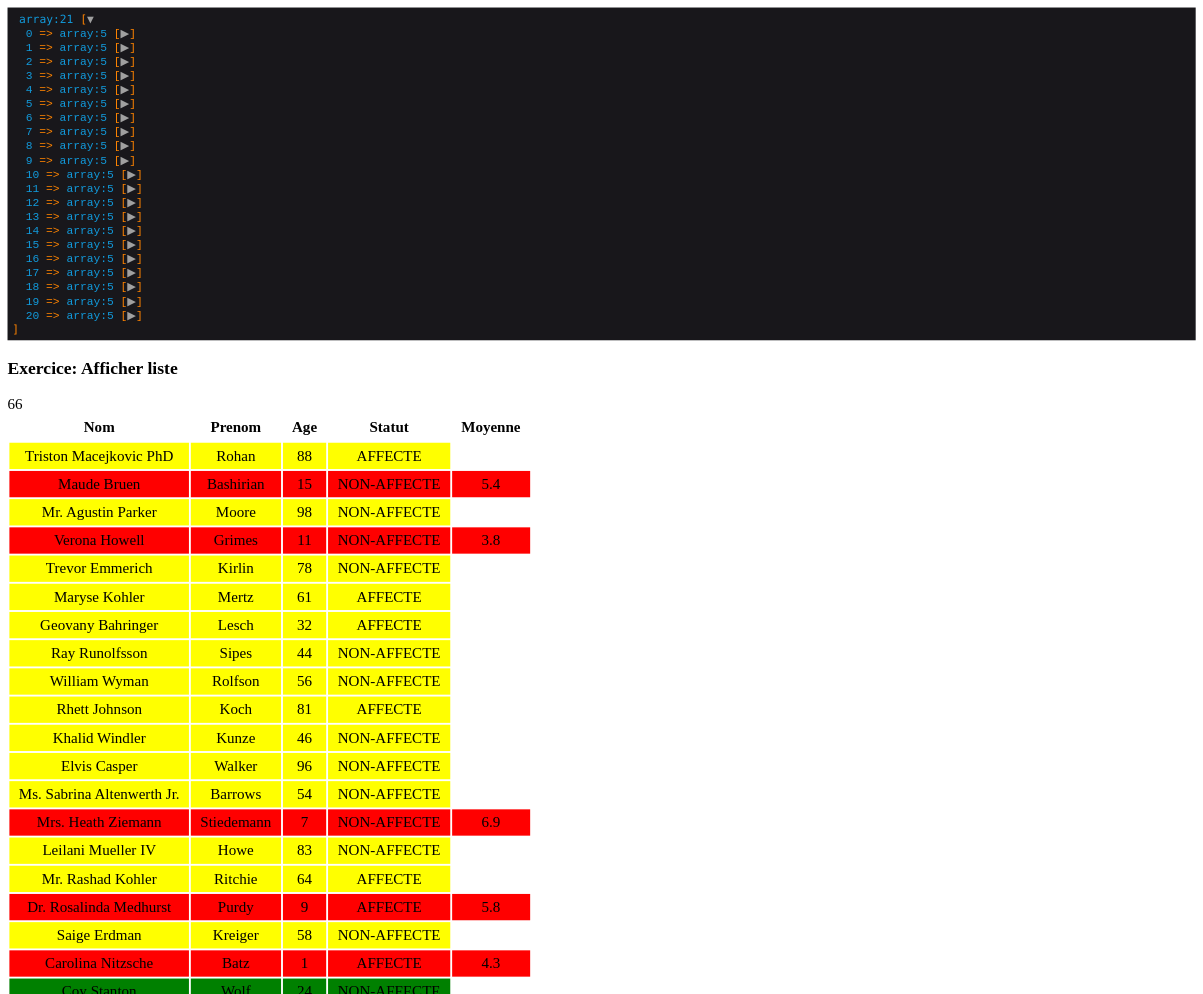
Repository: Bfabien99/PHPREPO
Page: http://localhost/
The author's editor kept a copy of each file at every save. The page is drawn from the files as they stood at one save, then again after a run of saves.
The browser window is 1280 px wide. The pictures show the whole page, at 94% of full size.
The page is run by PHP 8.4 with error messages shown; the project is at /var/www/html/.

Above is the page before, as saved 2021-12-10 11:23:40.

### MakeFakeData/src/index.php
<?php
require_once '../vendor/autoload.php';


$faker = Faker\Factory::create();
$i = 0;
$list = [];

while($i <= 20) {

	$person = [];
	$person["nom"] = $faker->name;
	$person["prenom"] = $faker->lastName;
	$person["age"] = $faker->numberBetween($min=1,$max=99);
	$notes = [];
	$index = 0;
	$max = $faker->numberBetween($min=1,$max=10);
	while($index < $max) {
		$note = $faker->numberBetween($min=1,$max=10);
		$notes[] = $note;
		$index++;
	}
	$person["notes"] = $notes;
	$person["statut"] = $faker->randomElement(["AFFECTE","NON-AFFECTE"]);
	$list[] = $person;
	$i++;
}
dump($list);
?>
<!DOCTYPE html>
<html lang="en">
<head>
    <meta charset="UTF-8">
    <meta http-equiv="X-UA-Compatible" content="IE=edge">
    <meta name="viewport" content="width=device-width, initial-scale=1.0">
    <title>Document</title>
    <style>
        thead{
            font-weight:bold;
        }

        td{
            padding:5px 10px;
            text-align:center;
        }

        tr.red{
            background-color:red;
        }
        tr.green{
            background-color: green;
        }
        tr.yellow{
            background-color:yellow;
        }
    </style>
</head>
<body>
    <?php
        echo "<h3>Exercice: Afficher liste</h3>";
        $id;
        // $i=0;
        echo"<table><thead><tr><td>Nom</td><td>Prenom</td><td>Age</td><td>Statut</td><td>Moyenne</td></tr></thead>";
        echo"<tbody>";
		define("PI",3.14);
		echo __LINE__;
        foreach ($list as $value) {
            // if($value["statut"]!="NON-AFFECTE"){
            // echo"<tr>";
            // echo "<td>".$value["nom"]."</td>";
            // echo "<td>".$value["prenom"]."</td>";
            // echo "<td>".$value["age"]."</td>";
            // echo "<td>".$value["statut"]."</td>";
            // echo"</tr>";
            // }
			$nbnote = count($value["notes"]);
			$totalnote = array_sum($value["notes"]);
			$moy = $totalnote / $nbnote;
			$age = $value["age"];
            switch ($age) {
                case $age > 0 && $age < 18 :
                    echo '<tr class="red"><td>'.$value["nom"].'</td>
                    <td>'.$value["prenom"].'</td>
                    <td>'.$value["age"].'</td>
                    <td>'.$value["statut"].'</td>
					<td>'.$moy.'</td>
                    </tr>';
					break;
                case ($age > 18 && $age < 25):
                    echo '<tr class="green"><td>'.$value["nom"].'</td>
                    <td>'.$value["prenom"].'</td>
                    <td>'.$value["age"].'</td>
                    <td>'.$value["statut"].'</td>
                    </tr>';
                    break;
                case $value["age"] > 25:
                    echo '<tr class="yellow"><td>'.$value["nom"].'</td>
                    <td>'.$value["prenom"].'</td>
                    <td>'.$value["age"].'</td>
                    <td>'.$value["statut"].'</td>
                    </tr>';
                    # code...
                    break;

                default:
                    # code...
                    break;
            }
            # code...
        }


        echo"</tbody></table>";
    ?>
</body>
</html>

After the next 2 saves:
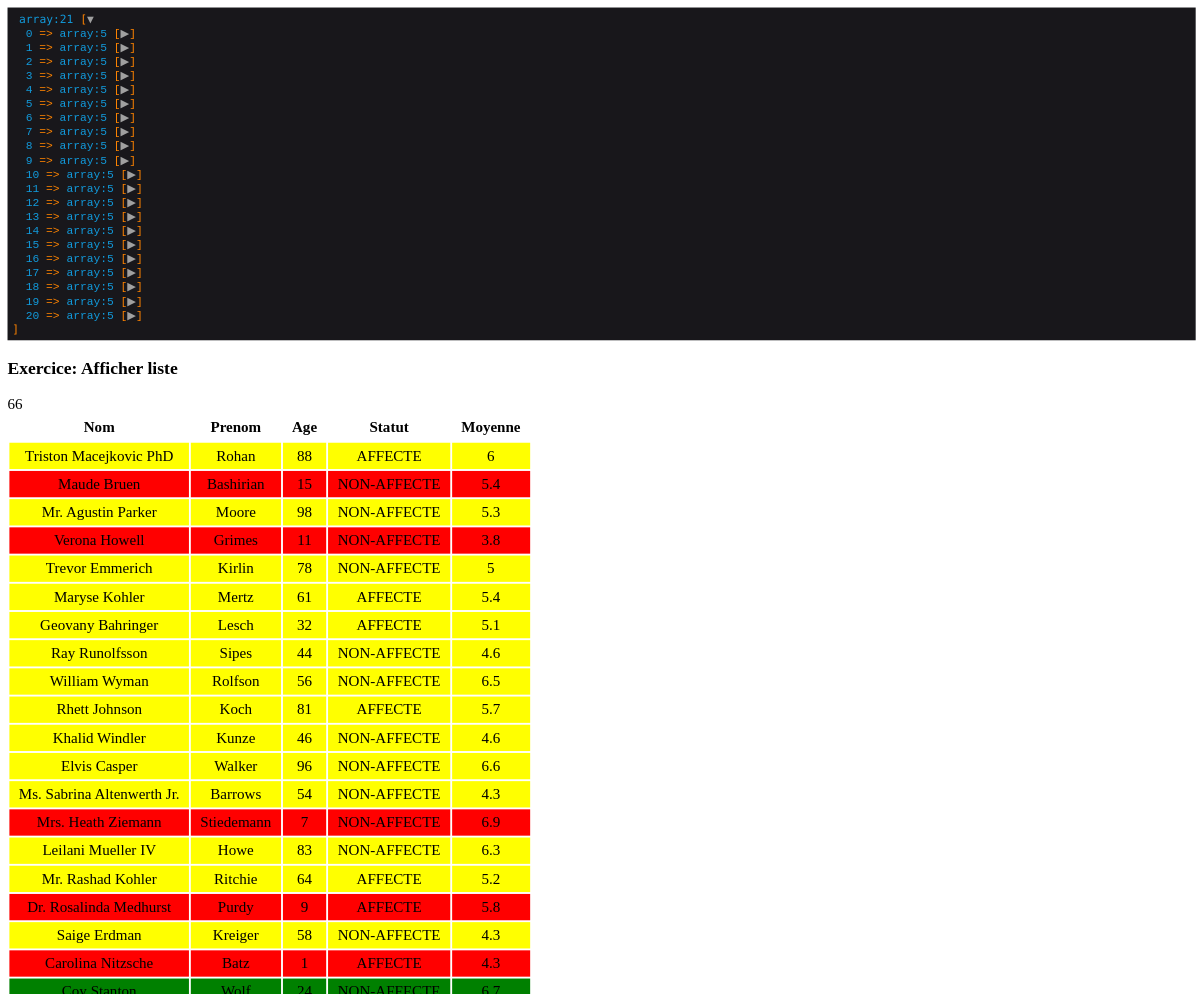
The 2 saves are shown as one change because they came seconds apart.
The last was saved 72 s later.
--- a/MakeFakeData/src/index.php
+++ b/MakeFakeData/src/index.php
@@ -91,6 +91,7 @@ dump($list);
                     <td>'.$value["prenom"].'</td>
                     <td>'.$value["age"].'</td>
                     <td>'.$value["statut"].'</td>
+					<td>'.$moy.'</td>
                     </tr>';
                     break;
                 case $value["age"] > 25:
@@ -98,6 +99,7 @@ dump($list);
                     <td>'.$value["prenom"].'</td>
                     <td>'.$value["age"].'</td>
                     <td>'.$value["statut"].'</td>
+					<td>'.$moy.'</td>
                     </tr>';
                     # code...
                     break;
